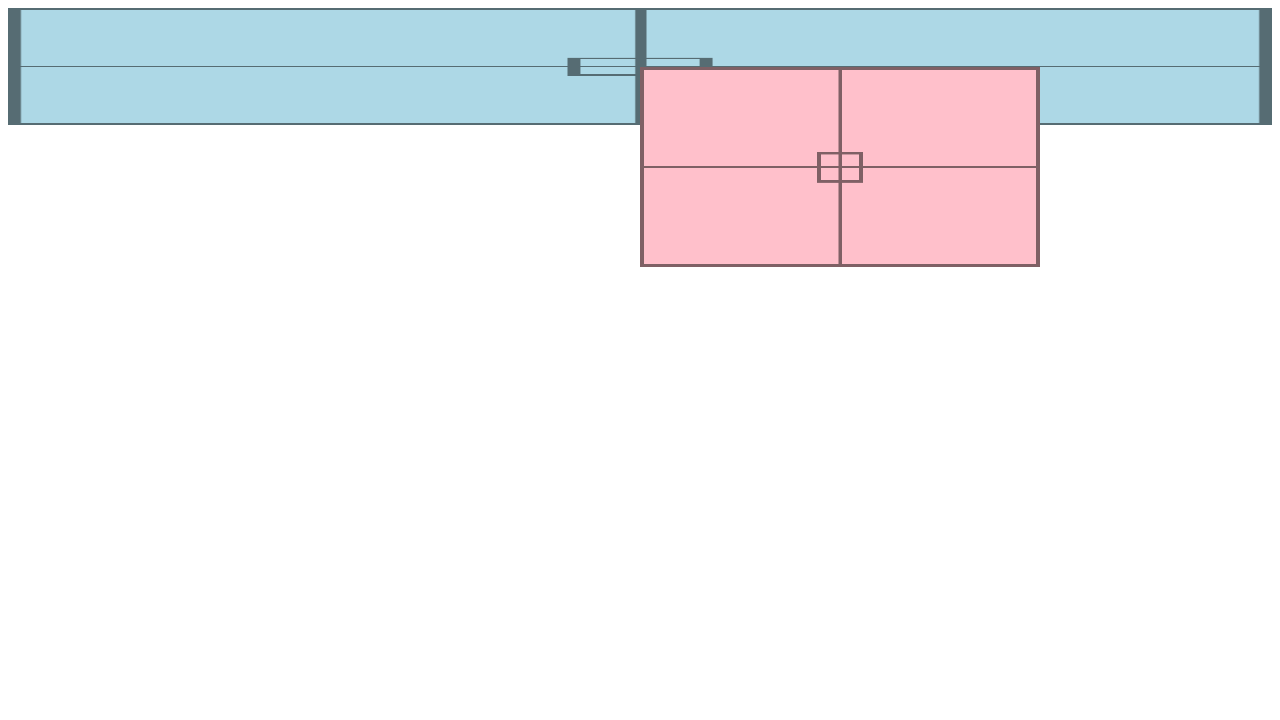
Repository: Codigo404q/html-css
Page: exercicios/ex022/fundo007.html
An editor plug-in stored every save of this project. The page is shown before and after the next save, followed by the edit.
The browser window is 1280 px wide. The pictures show the whole page.

Above is the page before, as saved 2024-01-06 21:46:32.

### exercicios/ex022/fundo007.html
<!DOCTYPE html>
<html lang="pt-br">
<head>
    <meta charset="UTF-8">
    <meta name="viewport" content="width=device-width, initial-scale=1.0">
    <title>Alinhamento Vertical</title>
    <style>
        #container {
            position: relative;
            height: 97px;
            padding: 10px;
            background-color: lightblue;
            background-image: url(imagens/target001.png);
            background-size: 100% 100%;
        }

        #conteudo {
            background-image: url(imagens/target001.png);
            background-size: 100% 100%;
            position: absolute;
            height: 200px;
            width: 400px;
            background-color: pink;


            left: 50%;
            top: 50%;
        }
    </style>
</head>
<body>
    <section id="container">
        <article id="conteudo">

        </article>
    </section>
</body>
</html>

After the next save:
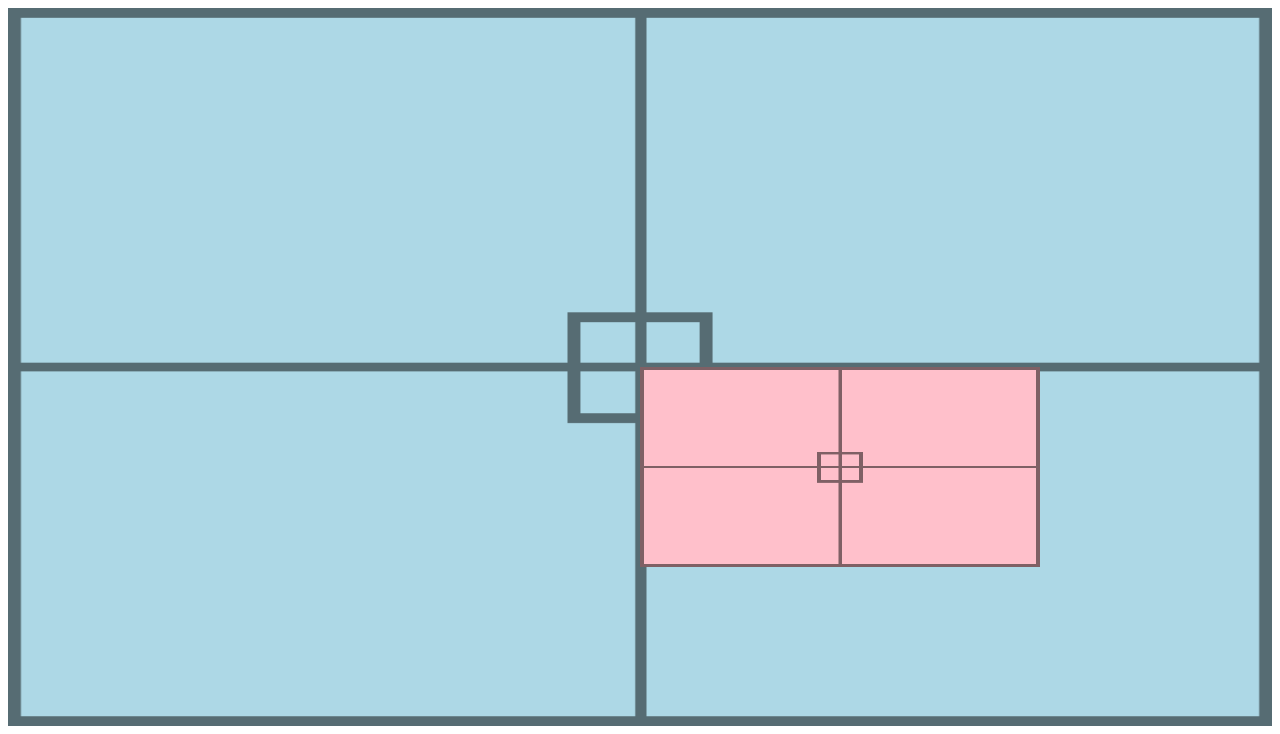
Saved 4 s later.
--- a/exercicios/ex022/fundo007.html
+++ b/exercicios/ex022/fundo007.html
@@ -7,7 +7,7 @@
     <style>
         #container {
             position: relative;
-            height: 97px;
+            height: 97vh;
             padding: 10px;
             background-color: lightblue;
             background-image: url(imagens/target001.png);
